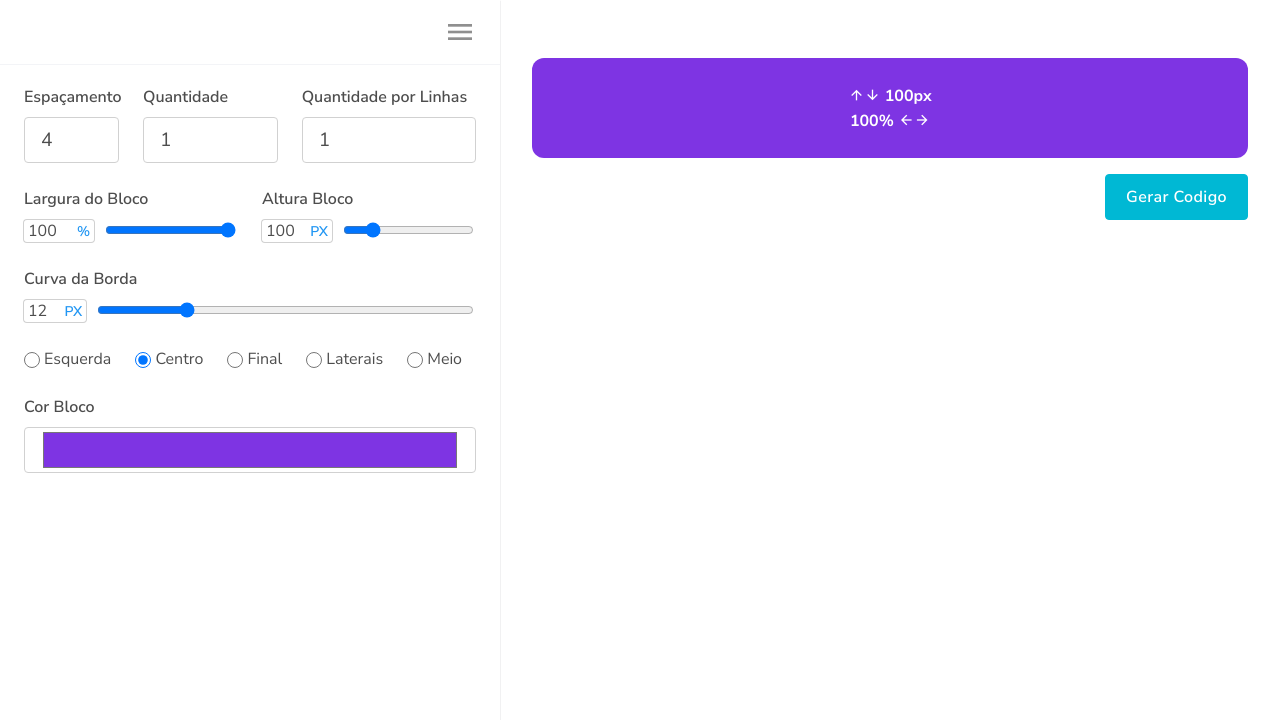
Repository: Flintdl/lowcode-elements
Page: /
These files come from the project's save history. The page is drawn as it stood at one moment and after the next save; the edit follows.
The browser window is 1280 px wide. The pictures show the whole page.
The project was rebuilt for these pictures with package versions that can differ from the ones it lists, and the page was loaded fresh each time. Also part of the build but not shown: vue.config.js.

Above is the page before, as saved 2022-04-05 14:24:46.

After the next save:
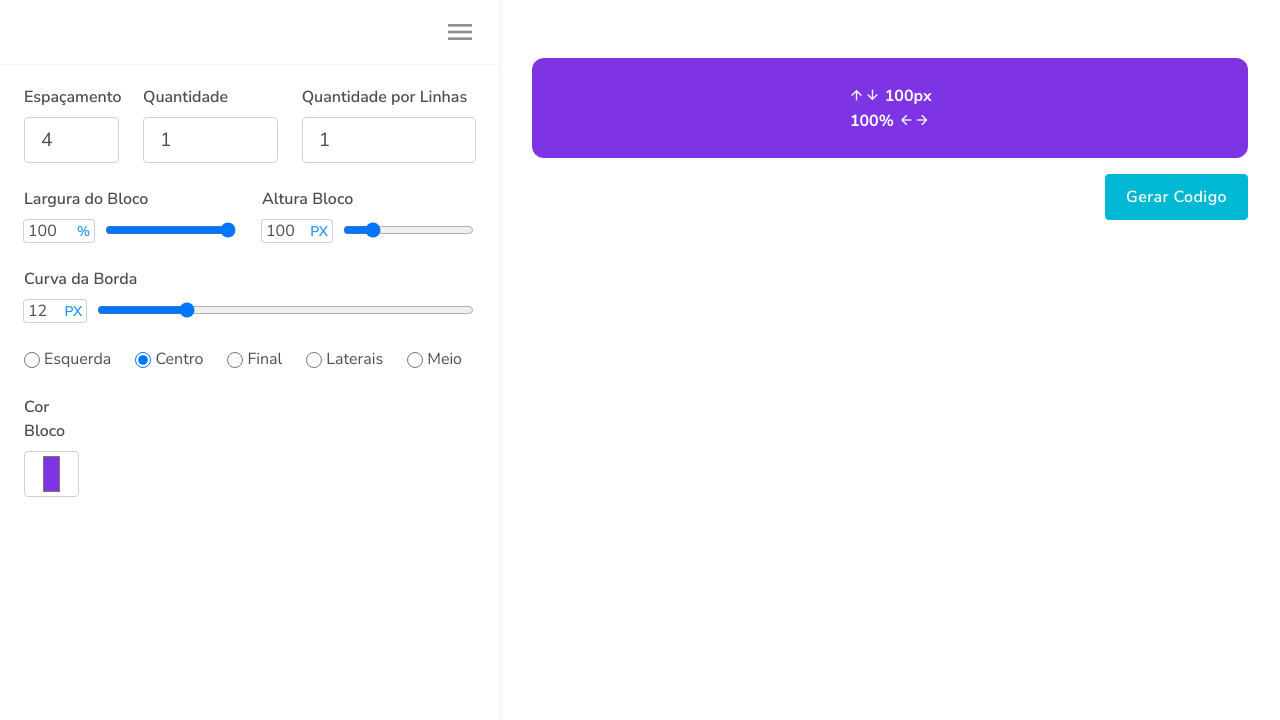
Saved 59 s later.
--- a/src/components/Menu/MenuTemplate.vue
+++ b/src/components/Menu/MenuTemplate.vue
@@ -51,7 +51,7 @@
               v-on:callback="getValorPosicaoBloco"
             />
             <div class="sf-row">
-              <div class="sf-col-12 sf-form-group">
+              <div class="sf-col-2 sf-form-group">
                 <label class="sf-label">Cor Bloco</label>
                 <input
                   type="color"
